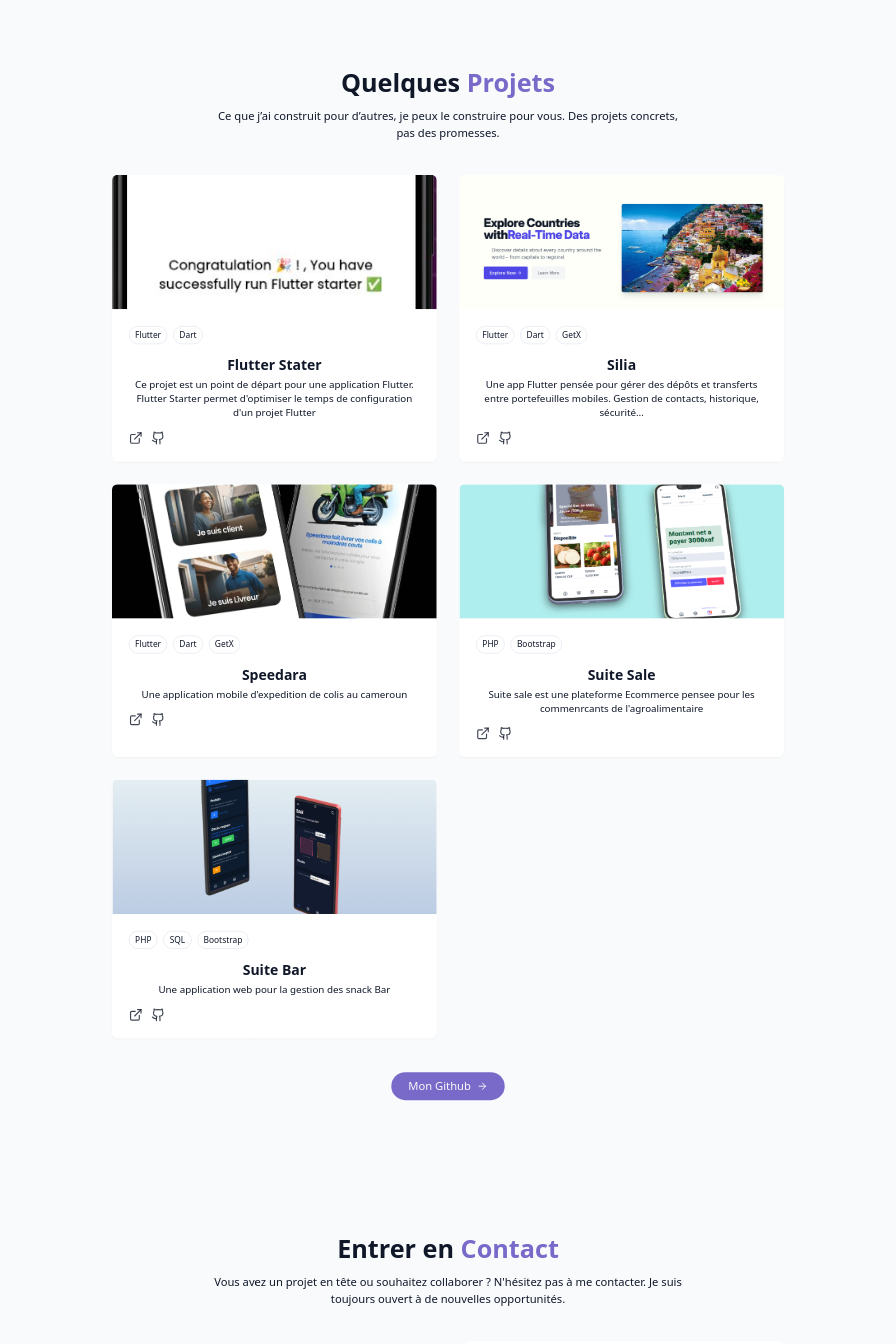
Repository: KOMI18/komi-folio
Page: /
An editor plug-in stored every save of this project. The page is shown before and after the next save, followed by the edit.
The browser window is 1280 px wide. The pictures show the part of the page from y = 3924 to 5844 px (the page is 6597 px tall before and 7361 px after), at 70% of full size.
The project was rebuilt for these pictures with package versions that can differ from the ones it lists, and the page was loaded fresh each time. Also part of the build but not shown: vite.config.js, src/pages/NotFound.jsx.

Above is the page before, as saved 2025-06-28 12:00:13.

After the next save:
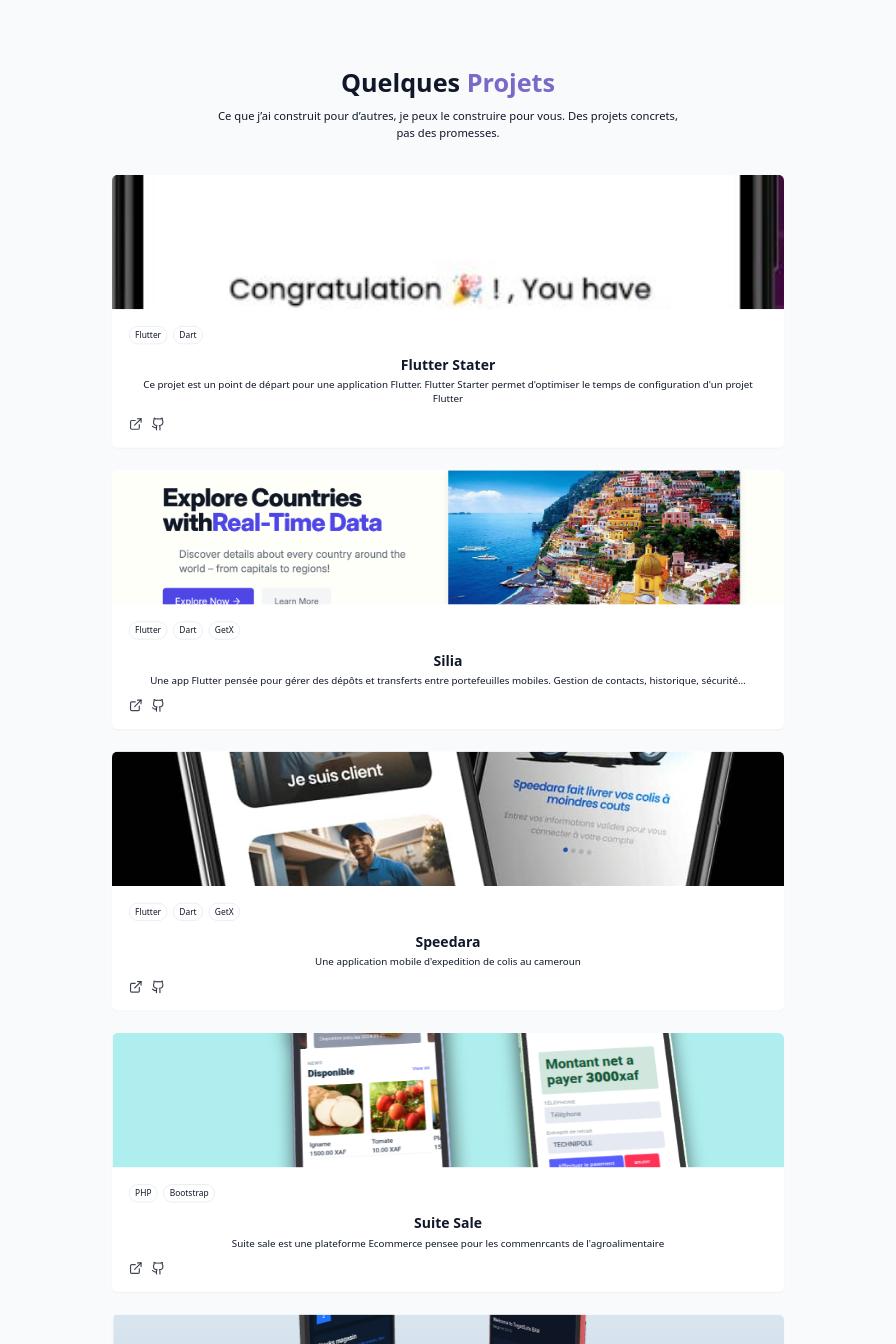
Saved 13 s later.
--- a/src/components/ProjectsSection.jsx
+++ b/src/components/ProjectsSection.jsx
@@ -70,7 +70,7 @@ export const ProjectsSection = () => {
           Des projets concrets, pas des promesses.
         </p>
 
-        <div className="grid grid-cols-1 md:grid-cols-2 lg:grid-cols-2 gap-8">
+        <div className="grid grid-cols-1 md:grid-cols-2 lg:grid-cols-1 gap-8">
           {projects.map((project, key) => (
             <div
               key={key}
